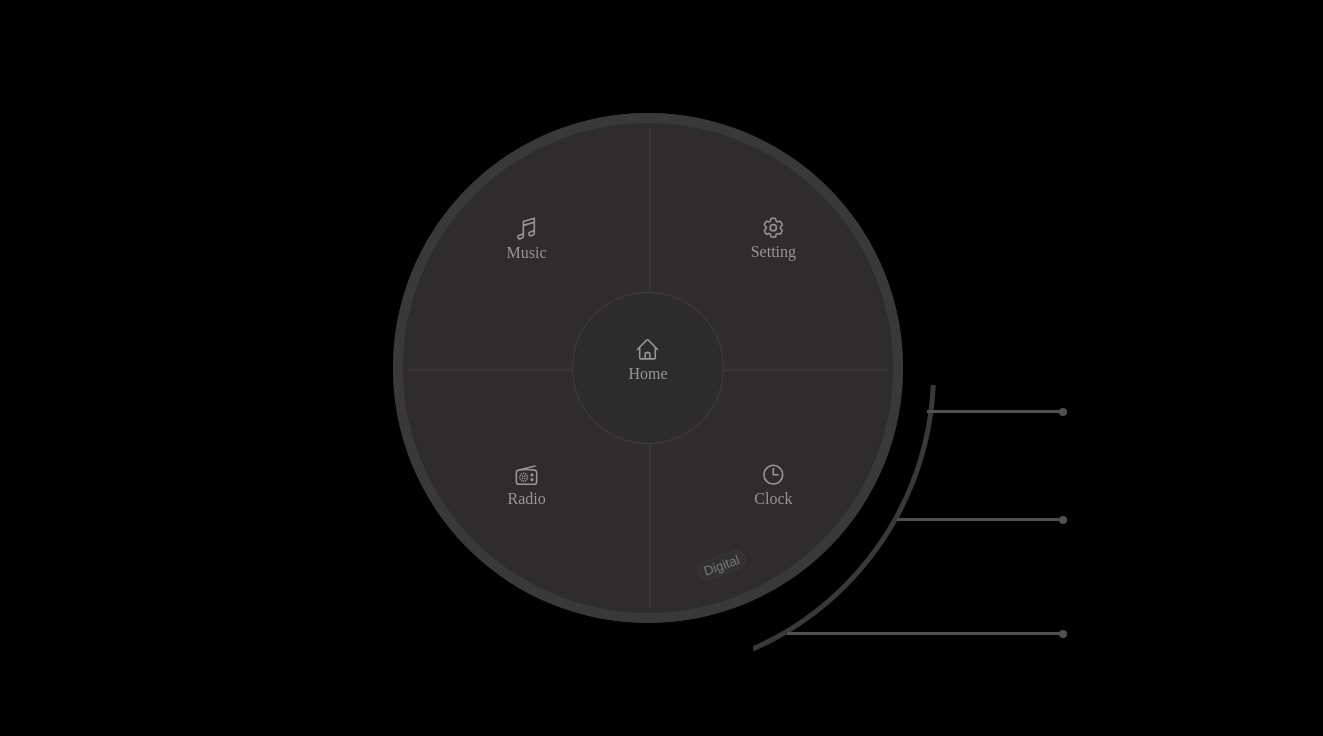
Repository: hsumyatm7308/Basecycle
Page: index.html
These files come from the project's save history. The page is drawn as it stood at one moment and after the next save; the edit follows.
The browser window is 1280 px wide. The page is 1323 px wide, so the pictures cover 1323 px, including what lies to the right of the window. The pictures show the whole page.
After loading, the first visible `#digital` was clicked once.

Above is the page before, as saved 2023-06-02 22:47:52.

### index.html
<!DOCTYPE html>
<html lang="en">

<head>

    <title>Circle control</title>
    <link rel="stylesheet" href="./style.css">
</head>

<body>
    <div class="ctn">

    <div class="container">

        <div class="container-left-top">

        </div>

        <div class="container-right-top">

        </div>

        <div class="container-right-bottom">

        </div>

        <div class="container-left-bottom">

        </div>



        <div class="second-container">



            <div class="left-top square " data-target=".container-left-top">
                <div class="textaligncenter">
                    <svg xmlns="http://www.w3.org/2000/svg" fill="none" viewBox="0 0 24 24" stroke-width="1.5"
                        stroke="currentColor" class="w-6 h-6 musicicon">
                        <path stroke-linecap="round" stroke-linejoin="round"
                            d="M9 9l10.5-3m0 6.553v3.75a2.25 2.25 0 01-1.632 2.163l-1.32.377a1.803 1.803 0 11-.99-3.467l2.31-.66a2.25 2.25 0 001.632-2.163zm0 0V2.25L9 5.25v10.303m0 0v3.75a2.25 2.25 0 01-1.632 2.163l-1.32.377a1.803 1.803 0 01-.99-3.467l2.31-.66A2.25 2.25 0 009 15.553z" />
                    </svg>

                    <p>Music</p>
                </div>
                <div class="cinmusic">

                </div>
            </div>

            <div class="right-top setting square " data-target=".container-right-top">
                <div class="textaligncenter">
                    <svg xmlns="http://www.w3.org/2000/svg" fill="none" viewBox="0 0 24 24" stroke-width="1.5"
                        stroke="currentColor" class="w-6 h-6 settingicon">
                        <path stroke-linecap="round" stroke-linejoin="round"
                            d="M9.594 3.94c.09-.542.56-.94 1.11-.94h2.593c.55 0 1.02.398 1.11.94l.213 1.281c.063.374.313.686.645.87.074.04.147.083.22.127.324.196.72.257 1.075.124l1.217-.456a1.125 1.125 0 011.37.49l1.296 2.247a1.125 1.125 0 01-.26 1.431l-1.003.827c-.293.24-.438.613-.431.992a6.759 6.759 0 010 .255c-.007.378.138.75.43.99l1.005.828c.424.35.534.954.26 1.43l-1.298 2.247a1.125 1.125 0 01-1.369.491l-1.217-.456c-.355-.133-.75-.072-1.076.124a6.57 6.57 0 01-.22.128c-.331.183-.581.495-.644.869l-.213 1.28c-.09.543-.56.941-1.11.941h-2.594c-.55 0-1.02-.398-1.11-.94l-.213-1.281c-.062-.374-.312-.686-.644-.87a6.52 6.52 0 01-.22-.127c-.325-.196-.72-.257-1.076-.124l-1.217.456a1.125 1.125 0 01-1.369-.49l-1.297-2.247a1.125 1.125 0 01.26-1.431l1.004-.827c.292-.24.437-.613.43-.992a6.932 6.932 0 010-.255c.007-.378-.138-.75-.43-.99l-1.004-.828a1.125 1.125 0 01-.26-1.43l1.297-2.247a1.125 1.125 0 011.37-.491l1.216.456c.356.133.751.072 1.076-.124.072-.044.146-.087.22-.128.332-.183.582-.495.644-.869l.214-1.281z" />
                        <path stroke-linecap="round" stroke-linejoin="round" d="M15 12a3 3 0 11-6 0 3 3 0 016 0z" />
                    </svg>
                    <p>Setting</p>
                </div>


            </div>

            <div class="right-bottom square clockbtn" data-target=".container-right-bottom">
                <div class="textaligncenter">
                    <svg xmlns="http://www.w3.org/2000/svg" fill="none" viewBox="0 0 24 24" stroke-width="1.5"
                        stroke="currentColor" class="w-6 h-6 clockicon">
                        <path stroke-linecap="round" stroke-linejoin="round"
                            d="M12 6v6h4.5m4.5 0a9 9 0 11-18 0 9 9 0 0118 0z" />
                    </svg>
                    <p>Clock</p>




                </div>

                <div class="cls">



                </div>

            </div>

            <div class="left-bottom square " data-target=".container-left-bottom">
                <div class="textaligncenter">
                    <svg xmlns="http://www.w3.org/2000/svg" fill="none" viewBox="0 0 24 24" stroke-width="1.5"
                        stroke="currentColor" class="w-6 h-6 radioicon">
                        <path stroke-linecap="round" stroke-linejoin="round"
                            d="M3.75 7.5l16.5-4.125M12 6.75c-2.708 0-5.363.224-7.948.655C2.999 7.58 2.25 8.507 2.25 9.574v9.176A2.25 2.25 0 004.5 21h15a2.25 2.25 0 002.25-2.25V9.574c0-1.067-.75-1.994-1.802-2.169A48.329 48.329 0 0012 6.75zm-1.683 6.443l-.005.005-.006-.005.006-.005.005.005zm-.005 2.127l-.005-.006.005-.005.005.005-.005.005zm-2.116-.006l-.005.006-.006-.006.005-.005.006.005zm-.005-2.116l-.006-.005.006-.005.005.005-.005.005zM9.255 10.5v.008h-.008V10.5h.008zm3.249 1.88l-.007.004-.003-.007.006-.003.004.006zm-1.38 5.126l-.003-.006.006-.004.004.007-.006.003zm.007-6.501l-.003.006-.007-.003.004-.007.006.004zm1.37 5.129l-.007-.004.004-.006.006.003-.004.007zm.504-1.877h-.008v-.007h.008v.007zM9.255 18v.008h-.008V18h.008zm-3.246-1.87l-.007.004L6 16.127l.006-.003.004.006zm1.366-5.119l-.004-.006.006-.004.004.007-.006.003zM7.38 17.5l-.003.006-.007-.003.004-.007.006.004zm-1.376-5.116L6 12.38l.003-.007.007.004-.004.007zm-.5 1.873h-.008v-.007h.008v.007zM17.25 12.75a.75.75 0 110-1.5.75.75 0 010 1.5zm0 4.5a.75.75 0 110-1.5.75.75 0 010 1.5z" />
                    </svg>
                    <p>Radio</p>
                </div>

                <div class=" cinradio">

                </div>
            </div>



        </div>


        <div class="center">
            <div class="textaligncenter">
                <svg xmlns="http://www.w3.org/2000/svg" fill="none" viewBox="0 0 24 24" stroke-width="1.5"
                    stroke="currentColor" class="w-6 h-6 homeicon">
                    <path stroke-linecap="round" stroke-linejoin="round"
                        d="M2.25 12l8.954-8.955c.44-.439 1.152-.439 1.591 0L21.75 12M4.5 9.75v10.125c0 .621.504 1.125 1.125 1.125H9.75v-4.875c0-.621.504-1.125 1.125-1.125h2.25c.621 0 1.125.504 1.125 1.125V21h4.125c.621 0 1.125-.504 1.125-1.125V9.75M8.25 21h8.25" />
                </svg>
                <p class="select">Home</p>
            </div>

        </div>

    </div>



    <div class="settingsection">
        <div class="settiong-items ">
            <svg xmlns="http://www.w3.org/2000/svg" fill="none" viewBox="0 0 24 24" stroke-width="1.5"
                stroke="currentColor" class="w-6 h-6" width="20px">
                <path stroke-linecap="round" stroke-linejoin="round"
                    d="M12 12.75c1.148 0 2.278.08 3.383.237 1.037.146 1.866.966 1.866 2.013 0 3.728-2.35 6.75-5.25 6.75S6.75 18.728 6.75 15c0-1.046.83-1.867 1.866-2.013A24.204 24.204 0 0112 12.75zm0 0c2.883 0 5.647.508 8.207 1.44a23.91 23.91 0 01-1.152 6.06M12 12.75c-2.883 0-5.647.508-8.208 1.44.125 2.104.52 4.136 1.153 6.06M12 12.75a2.25 2.25 0 002.248-2.354M12 12.75a2.25 2.25 0 01-2.248-2.354M12 8.25c.995 0 1.971-.08 2.922-.236.403-.066.74-.358.795-.762a3.778 3.778 0 00-.399-2.25M12 8.25c-.995 0-1.97-.08-2.922-.236-.402-.066-.74-.358-.795-.762a3.734 3.734 0 01.4-2.253M12 8.25a2.25 2.25 0 00-2.248 2.146M12 8.25a2.25 2.25 0 012.248 2.146M8.683 5a6.032 6.032 0 01-1.155-1.002c.07-.63.27-1.222.574-1.747m.581 2.749A3.75 3.75 0 0115.318 5m0 0c.427-.283.815-.62 1.155-.999a4.471 4.471 0 00-.575-1.752M4.921 6a24.048 24.048 0 00-.392 3.314c1.668.546 3.416.914 5.223 1.082M19.08 6c.205 1.08.337 2.187.392 3.314a23.882 23.882 0 01-5.223 1.082" />
            </svg>

        </div>

        <div class="settiong-items ">
            <svg xmlns="http://www.w3.org/2000/svg" fill="none" viewBox="0 0 24 24" stroke-width="1.5"
                stroke="currentColor" class="w-6 h-6" width="20px">
                <path stroke-linecap="round" stroke-linejoin="round"
                    d="M20.25 6.375c0 2.278-3.694 4.125-8.25 4.125S3.75 8.653 3.75 6.375m16.5 0c0-2.278-3.694-4.125-8.25-4.125S3.75 4.097 3.75 6.375m16.5 0v11.25c0 2.278-3.694 4.125-8.25 4.125s-8.25-1.847-8.25-4.125V6.375m16.5 0v3.75m-16.5-3.75v3.75m16.5 0v3.75C20.25 16.153 16.556 18 12 18s-8.25-1.847-8.25-4.125v-3.75m16.5 0c0 2.278-3.694 4.125-8.25 4.125s-8.25-1.847-8.25-4.125" />
            </svg>


        </div>

        <div class="settiong-items ">
            <svg xmlns="http://www.w3.org/2000/svg" fill="none" viewBox="0 0 24 24" stroke-width="1.5"
                stroke="currentColor" class="w-6 h-6" width="20px">
                <path stroke-linecap="round" stroke-linejoin="round"
                    d="M15.75 17.25v3.375c0 .621-.504 1.125-1.125 1.125h-9.75a1.125 1.125 0 01-1.125-1.125V7.875c0-.621.504-1.125 1.125-1.125H6.75a9.06 9.06 0 011.5.124m7.5 10.376h3.375c.621 0 1.125-.504 1.125-1.125V11.25c0-4.46-3.243-8.161-7.5-8.876a9.06 9.06 0 00-1.5-.124H9.375c-.621 0-1.125.504-1.125 1.125v3.5m7.5 10.375H9.375a1.125 1.125 0 01-1.125-1.125v-9.25m12 6.625v-1.875a3.375 3.375 0 00-3.375-3.375h-1.5a1.125 1.125 0 01-1.125-1.125v-1.5a3.375 3.375 0 00-3.375-3.375H9.75" />
            </svg>


        </div>

        <div class="settiong-items ">
            <svg xmlns="http://www.w3.org/2000/svg" fill="none" viewBox="0 0 24 24" stroke-width="1.5"
                stroke="currentColor" class="w-6 h-6" width="20px">
                <path stroke-linecap="round" stroke-linejoin="round"
                    d="M12 21a9.004 9.004 0 008.716-6.747M12 21a9.004 9.004 0 01-8.716-6.747M12 21c2.485 0 4.5-4.03 4.5-9S14.485 3 12 3m0 18c-2.485 0-4.5-4.03-4.5-9S9.515 3 12 3m0 0a8.997 8.997 0 017.843 4.582M12 3a8.997 8.997 0 00-7.843 4.582m15.686 0A11.953 11.953 0 0112 10.5c-2.998 0-5.74-1.1-7.843-2.918m15.686 0A8.959 8.959 0 0121 12c0 .778-.099 1.533-.284 2.253m0 0A17.919 17.919 0 0112 16.5c-3.162 0-6.133-.815-8.716-2.247m0 0A9.015 9.015 0 013 12c0-1.605.42-3.113 1.157-4.418" />
            </svg>


        </div>
    </div>


    <div class="clock-items">
        <button id="digital" class="btn digital">Digital</button>
    </div>

    <div class="clockhands ">
        <div class="minute"></div>
        <div class="centerdot"></div>
        <div class="hour" id="hour"></div>
    </div>

    <div class="digitalcontainer">
         <div class="digital-square"></div>
         <div class="digital-circleone"></div>

         <div class="line1">
            <div class="littledot"></div>
         </div>
         <h1 id="hr" class="digtime">12 <span>hr</span></h1>



         <div class="line2">
            <div class="littledot"></div>
         </div>
         <h1 id="mi" class="digtime">55 <span>min</span></h1>

         <div class="line3">
            <div class="littledot"></div>
         </div>
         <h1 id="se" class="digtime">20 <span>sec</span></h1>


         <div id="dgid1" class="digiani1  "></div>
         <div id="dgid2" class="digiani2  "></div>
    </div>



</div>
    <script src="../jq/jquery-3.7.0.min.js"></script>
    <script src="./script.js"></script>
</body>

</html>

### script.js







$(document).ready(function () {





    $('.square').mouseover(function () {
        var target = $(this).data('target');
        $(target).css('background', '#989696');
        $(target).css('transition', '.5s');

    });

    $('.square').mouseleave(function () {
        var target = $(this).data('target');
        $(target).css('background', '#3a3939');
        $(target).css('transition', '.5s');

    });

    $('.setting').click(function(){
        $('.settingsection').css('visibility','visible');
        $('.settiong-items').addClass('settingani');
        $('.right-top').css('background','#3d3d3d');
        $('.right-top').mouseleave(function(){
            $('.container-right-top').css('background','#514f4f')
        });
    })



    $('.center').click(function(){
        window.location.reload();
    })





    function clock(){

        var minute = document.querySelector('.minute');
        var hour = document.getElementById('hour');

        var getdate = new Date();
        var gethour = getdate.getHours();
        var getmin = getdate.getMinutes();
        var getsec = getdate.getSeconds();
       var getmils = getdate.getMilliseconds();

        var gettime = gethour * 3600 + getmin * 60 + getsec * 1 + getmils/1000;
        // console.log(gettime);

        let hours = gettime/60/12 * 6;
        let minutes = gettime/60 * 6;


        $(hour).css('transform',`rotate(${hours}deg)`);
        $(minute).css('transform',`rotate(${minutes}deg)`);


        // console.log(hrvalue%6)

        let hrs = gethour%12;

       var hrvalue = hrs.toString().padStart(2,'0');
        var minvalue = getmin.toString().padStart(2,'0');
        var secvalue = getsec.toString().padStart(2,'0');

        $('#hr').html(`<h1>${hrvalue} <span>hr</span></h1>`);
        $('#mi').html(`<h1>${minvalue} <span>min</span></h1>`);
        $('#se').html(`<h1>${secvalue} <span>sec</span></h1>`);

    }

    clock();

    setInterval(clock,1000);



    $('.clockbtn').click(function(){
        $('.cls').addClass('clocksection');
        $('.cinradio').addClass('clocksectioninradio');
        $('.cinmusic').addClass('clocksectioninmusic');
        $('.center').addClass('centerhomeani');
        $('.clockhands').css('visibility','visible');
        $('.clockhands').addClass('clhandani')

    });

    var digital = document.querySelectorAll('.digital');
    console.log(digital.length)

  for(var x = 0;x < digital.length;  x++ ){
    // $(digital).click(function(){
    //     $('#dgid1').toggle(function(){
    //         $(this).addClass('dgani1p1')
    //     });

    //     // $('#digital').click(function(){
    //     //   $('#dgid1').addClass('dganireverse1');
    //     //   $('#dgid1').removeClass('dgani1p1');


    //     // })

    //   })

   digital[x].addEventListener('click',function(){
    // console.log('hi')
    $('#dgid1').toggle();

            $('#digital').click(function(){
              $('#dgid1').addClass('dganireverse1');
              $('#dgid1').removeClass('dgani1p1');


            })
   })

  }








})

Loaded but not shown: jq/jquery-3.7.0.min.js (library); style.css (724 lines, source omitted)

After the next save:
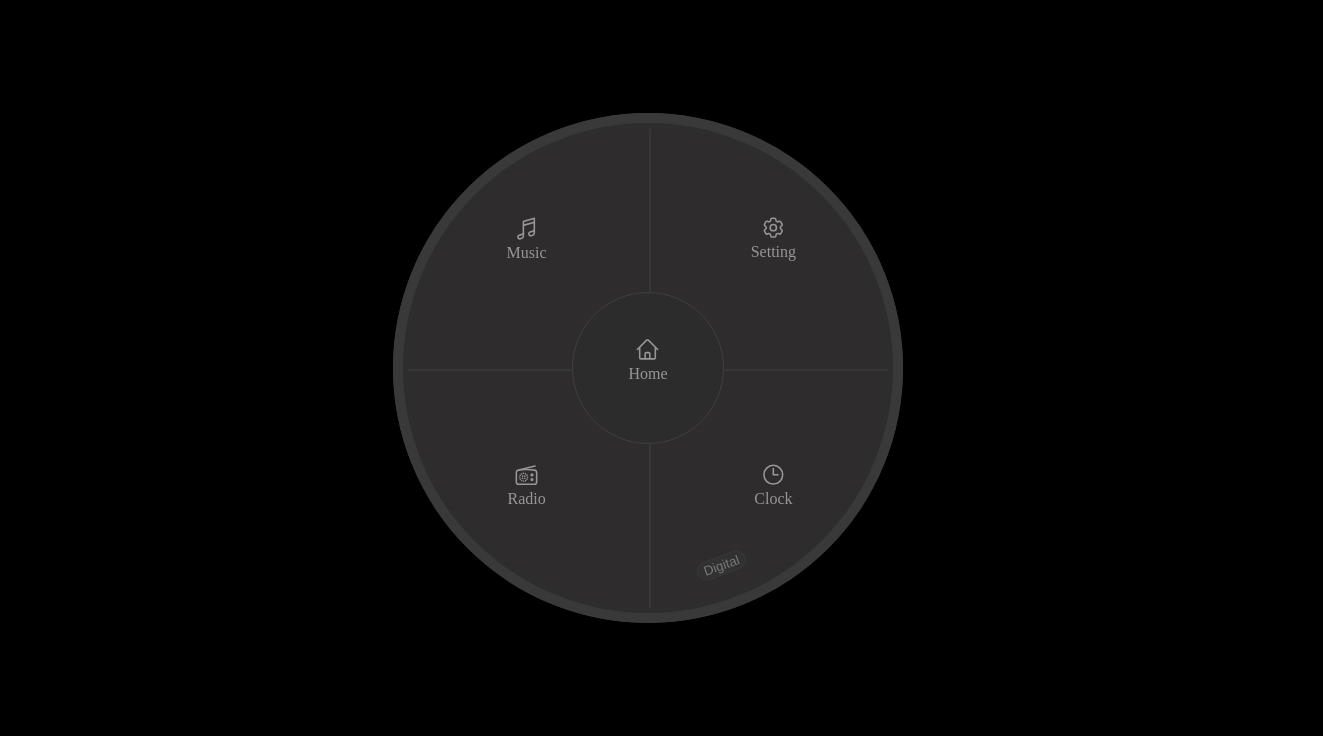
Saved 7 s later.
--- a/script.js
+++ b/script.js
@@ -116,7 +116,7 @@
 
    digital[x].addEventListener('click',function(){
     // console.log('hi')
-    $('#dgid1').toggle();
+    // $('#dgid1').toggle();
 
             $('#digital').click(function(){
               $('#dgid1').addClass('dganireverse1');

After the save that followed:
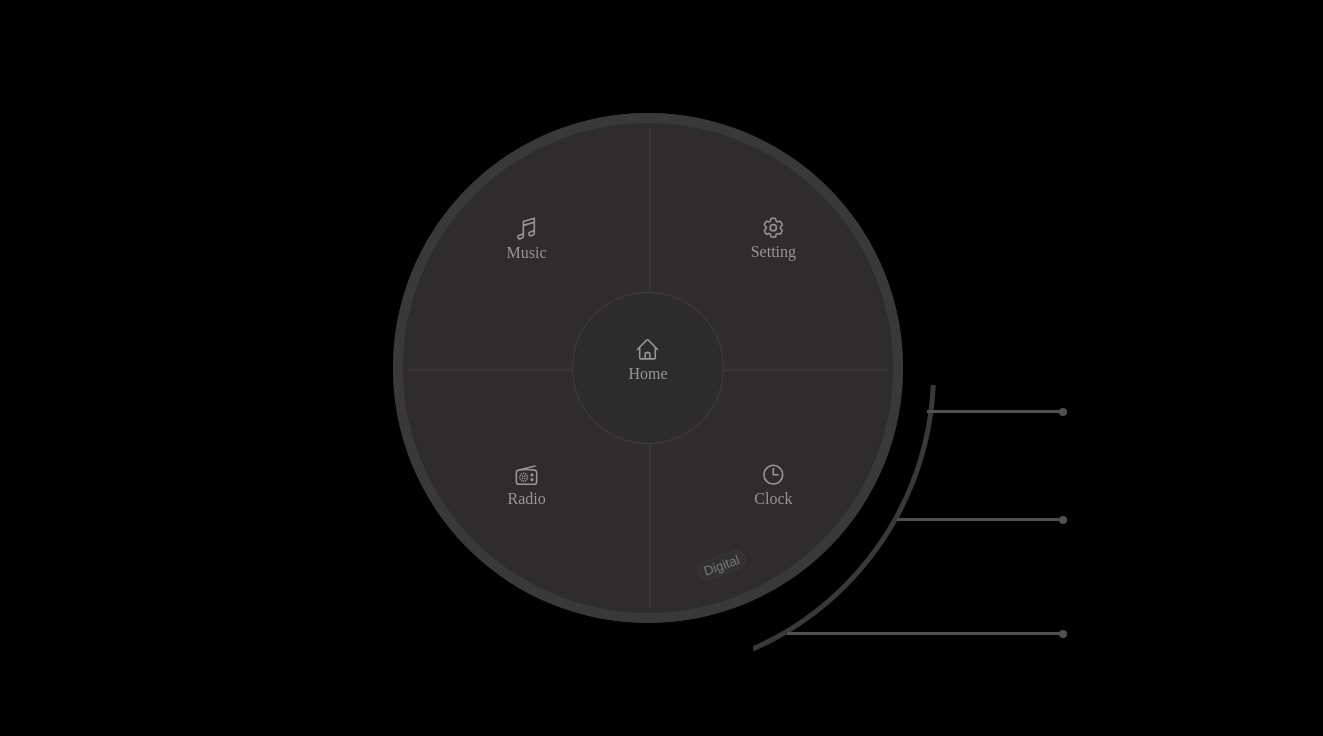
Saved 29 s later.
--- a/script.js
+++ b/script.js
@@ -116,7 +116,7 @@
 
    digital[x].addEventListener('click',function(){
     // console.log('hi')
-    // $('#dgid1').toggle();
+    $('#dgid1').toggle();
 
             $('#digital').click(function(){
               $('#dgid1').addClass('dganireverse1');
